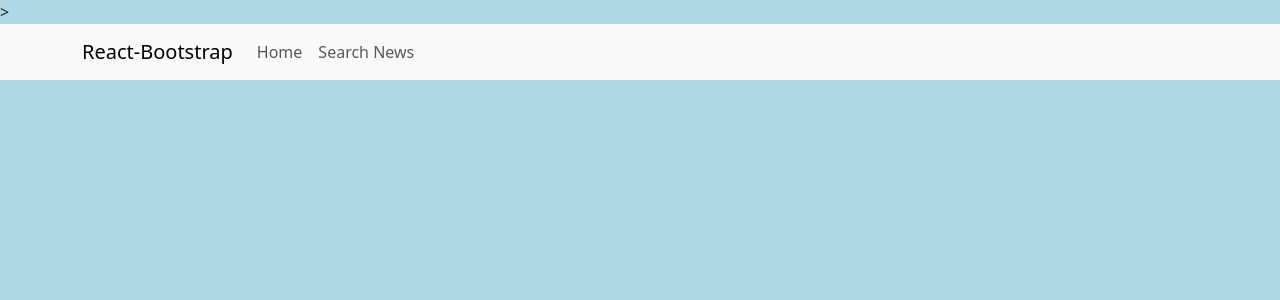
Repository: oksana117/news-app
Page: /register (app in client/)
These files come from the project's save history. The page is drawn as it stood at one moment and after the next save; the edit follows.
The browser window is 1280 px wide. The pictures show the whole page.
The project was rebuilt for these pictures with package versions that can differ from the ones it lists, and the page was loaded fresh each time. Also part of the build but not shown: client/vite.config.js, client/src/Register.jsx, client/src/Login.jsx, client/src/Home.jsx.

Above is the page before, as saved 2024-09-26 17:51:54.

After the next save:
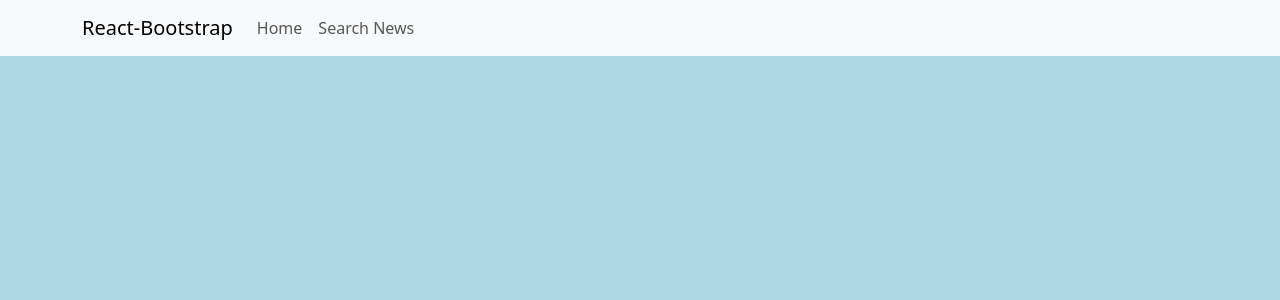
Saved 115 s later.
--- a/client/index.html
+++ b/client/index.html
@@ -8,7 +8,7 @@
   <title>Latest News</title>
 </head>
 
-<body style="background-color: #ADD8E6"></body>>
+<body style="background-color: #ADD8E6"></body>
 <div id="root"></div>
 <script type="module" src="/src/main.jsx"></script>
 </body>
